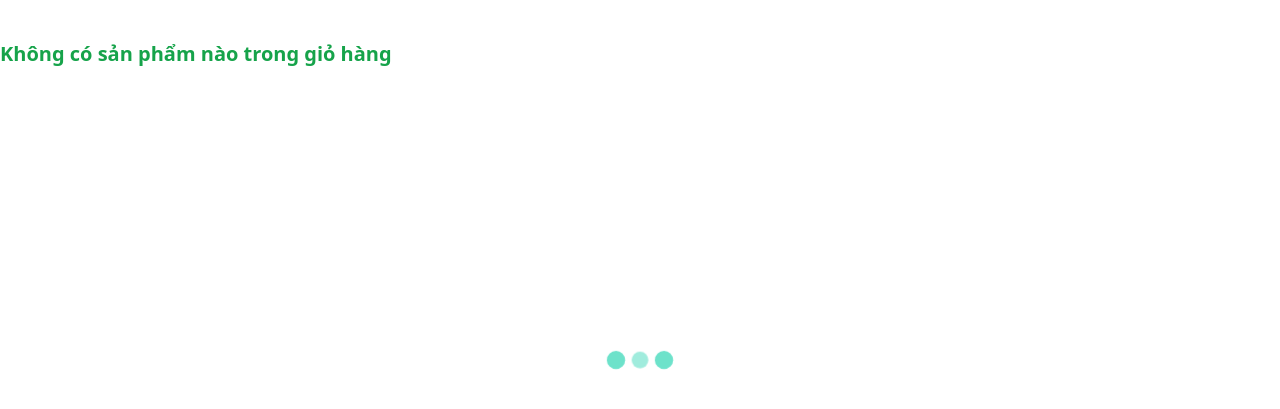
Repository: hungtuan/react-hook-shop
Page: /
These files come from the project's save history. The page is drawn as it stood at one moment and after the next save; the edit follows.
The browser window is 1280 px wide. The pictures show the whole page.
The page's requests for data from a server got no answer. The project was rebuilt for these pictures with package versions that can differ from the ones it lists, and the page was loaded fresh each time. No one was signed in, and anything a server would have sent is missing. Also part of the build but not shown: vite.config.js, src/components/Button/Button.jsx, src/components/ShoppingCard/CardItem.jsx, src/components/ShoppingCart/action.js, src/components/ShoppingCart/CartItem.jsx.

Above is the page before, as saved 2023-11-18 23:21:02.

After the next save:
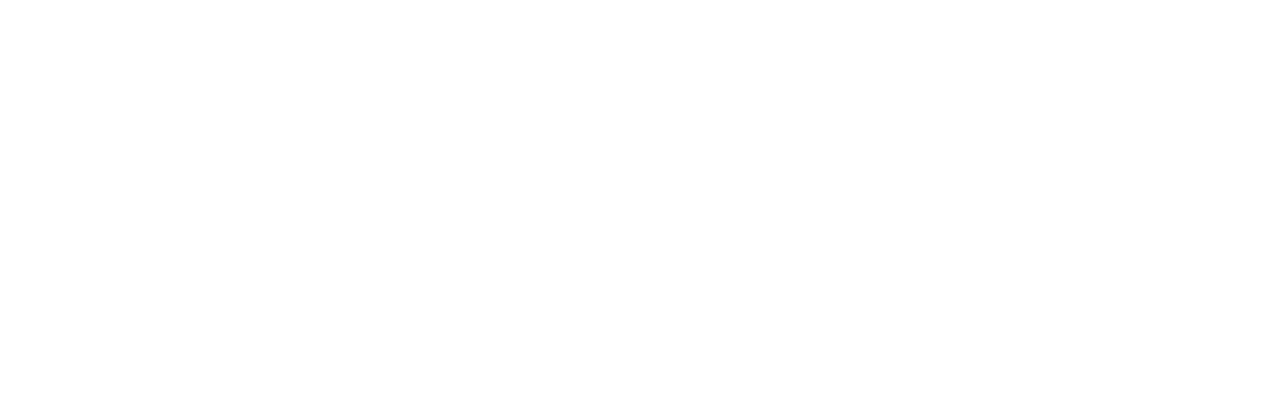
Console error: TypeError: Cannot read properties of undefined (reading 'map')
Saved 2 min 35 s later.
--- a/src/components/ShoppingCard/CardList.jsx
+++ b/src/components/ShoppingCard/CardList.jsx
@@ -8,7 +8,7 @@
   const [state, dispatch] = useContext(Context);
   console.log(state);
   const { products } = state;
-  console.log(products);
+  const { productList } = products;
   const getProduct = () => {
     setTimeout(async () => {
       const data = await getProductList();
@@ -32,7 +32,7 @@
   }, []);
   return (
     <div className="card-list grid grid-cols-4 gap-4">
-      {products.map((product) => {
+      {productList.map((product) => {
         return (
           <CardItem
             key={product._id}

After the 4 saves that followed:
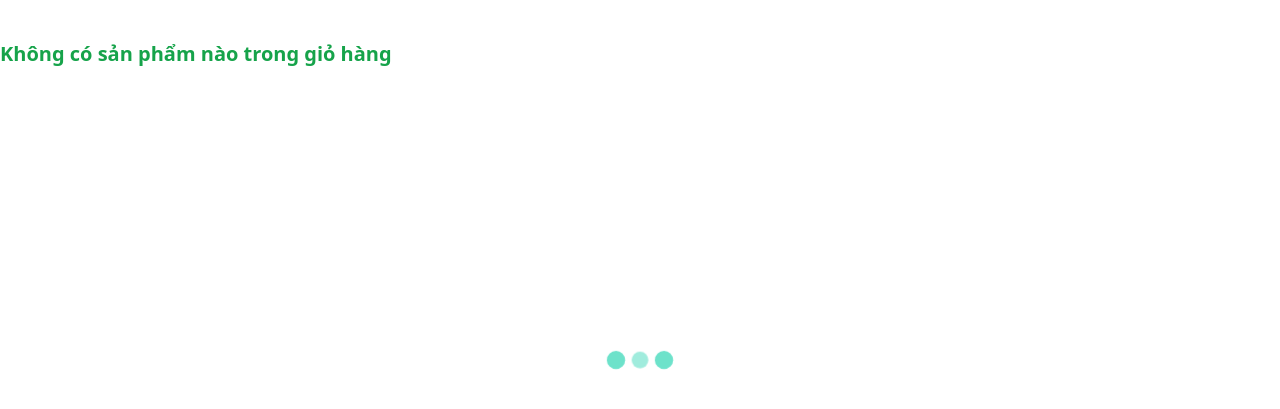
The error is gone.
The 4 saves are shown as one change because 3 left the picture as it was.
The last was saved 2 min 0 s later.
--- a/src/components/ShoppingCard/CardList.jsx
+++ b/src/components/ShoppingCard/CardList.jsx
@@ -6,9 +6,10 @@
 
 export default function CardList() {
   const [state, dispatch] = useContext(Context);
-  console.log(state);
+
   const { products } = state;
-  const { productList } = products;
+  const productLists = products;
+
   const getProduct = () => {
     setTimeout(async () => {
       const data = await getProductList();
@@ -32,7 +33,7 @@
   }, []);
   return (
     <div className="card-list grid grid-cols-4 gap-4">
-      {productList.map((product) => {
+      {productLists.map((product) => {
         return (
           <CardItem
             key={product._id}
